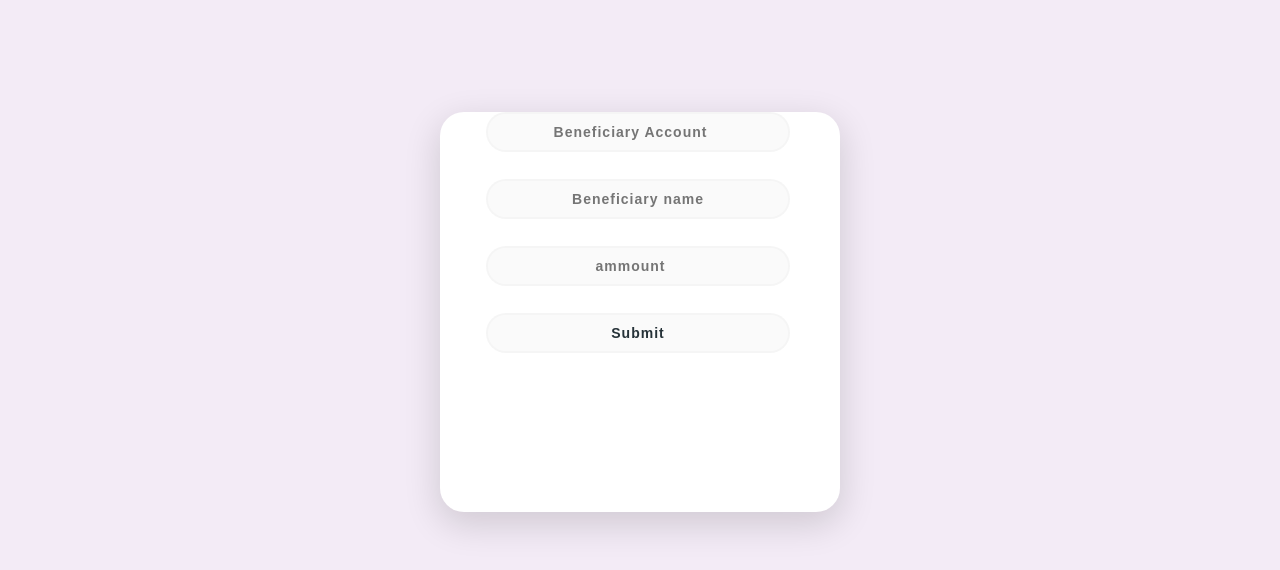
Repository: anujs099/bankingapp
Page: banking-application-final/WebContent/transfer.html
These files come from the project's save history. The page is drawn as it stood at one moment and after the next save; the edit follows.
The browser window is 1280 px wide. The pictures show the whole page.
Some web fonts or font styles are not loaded; a fallback is used.

Above is the page before, as saved 2021-03-07 17:00:15.

### banking-application-final/WebContent/transfer.html
<!DOCTYPE html>
<html>
<head>
<meta charset="ISO-8859-1">
<link rel="stylesheet" href="LoginFile.css">
<link href="https://fonts.googleapis.com/css?family=Ubuntu" rel="stylesheet">
  <meta name="viewport" content="width=device-width, initial-scale=1" />
  <link rel="stylesheet" href="path/to/font-awesome/css/font-awesome.min.css">
<title>Insert title here</title>
</head>
<body>
<div class="main">
<form action="TransferServlet" method="post" >
      <input type="number" id="accctid"  name="acccount"  placeholder="Beneficiary Account" class="un">

      <input type="text" placeholder="Beneficiary name" id="firstname" name="firstname" required="required"  class="un">

      <input type="number" placeholder="ammount"  id="ammount"  name="ammount" class="un" >
      <button type="submit" class="un">Submit</button>
</form>
</div>


</body>
</html>

### banking-application-final/WebContent/LoginFile.css
@charset "ISO-8859-1";
 body {
        background-color: #F3EBF6;
        font-family: 'Ubuntu', sans-serif;
    }

    .main {
        background-color: #FFFFFF;
        width: 400px;
        height: 400px;
        margin: 7em auto;
        border-radius: 1.5em;
        box-shadow: 0px 11px 35px 2px rgba(0, 0, 0, 0.14);
    }

    .sign {
        padding-top: 40px;
        color: #8C55AA;
        font-family: 'Ubuntu', sans-serif;
        font-weight: bold;
        font-size: 23px;
    }

    .un {
    width: 76%;
    color: rgb(38, 50, 56);
    font-weight: 700;
    font-size: 14px;
    letter-spacing: 1px;
    background: rgba(136, 126, 126, 0.04);
    padding: 10px 20px;
    border: none;
    border-radius: 20px;
    outline: none;
    box-sizing: border-box;
    border: 2px solid rgba(0, 0, 0, 0.02);
    margin-bottom: 50px;
    margin-left: 46px;
    text-align: center;
    margin-bottom: 27px;
    font-family: 'Ubuntu', sans-serif;
    }

    form.form1 {
        padding-top: 40px;
    }

    .pass {
            width: 76%;
    color: rgb(38, 50, 56);
    font-weight: 700;
    font-size: 14px;
    letter-spacing: 1px;
    background: rgba(136, 126, 126, 0.04);
    padding: 10px 20px;
    border: none;
    border-radius: 20px;
    outline: none;
    box-sizing: border-box;
    border: 2px solid rgba(0, 0, 0, 0.02);
    margin-bottom: 50px;
    margin-left: 46px;
    text-align: center;
    margin-bottom: 27px;
    font-family: 'Ubuntu', sans-serif;
    }


    .un:focus, .pass:focus {
        border: 2px solid rgba(0, 0, 0, 0.18) !important;

    }

    .submit {
      cursor: pointer;
        border-radius: 5em;
        color: #fff;
        background: linear-gradient(to right, #9C27B0, #E040FB);
        border: 0;
        padding-left: 40px;
        padding-right: 40px;
        padding-bottom: 10px;
        padding-top: 10px;
        font-family: 'Ubuntu', sans-serif;
        margin-left: 35%;
        font-size: 13px;
        box-shadow: 0 0 20px 1px rgba(0, 0, 0, 0.04);
    }

    .forgot {
        text-shadow: 0px 0px 3px rgba(117, 117, 117, 0.12);
        color: #E1BEE7;
        padding-top: 15px;
    }

    a {
        text-shadow: 0px 0px 3px rgba(117, 117, 117, 0.12);
        color: #E1BEE7;
        text-decoration: none
    }

    @media (max-width: 600px) {
        .main {
            border-radius: 0px;
        }

    }

After the next save:
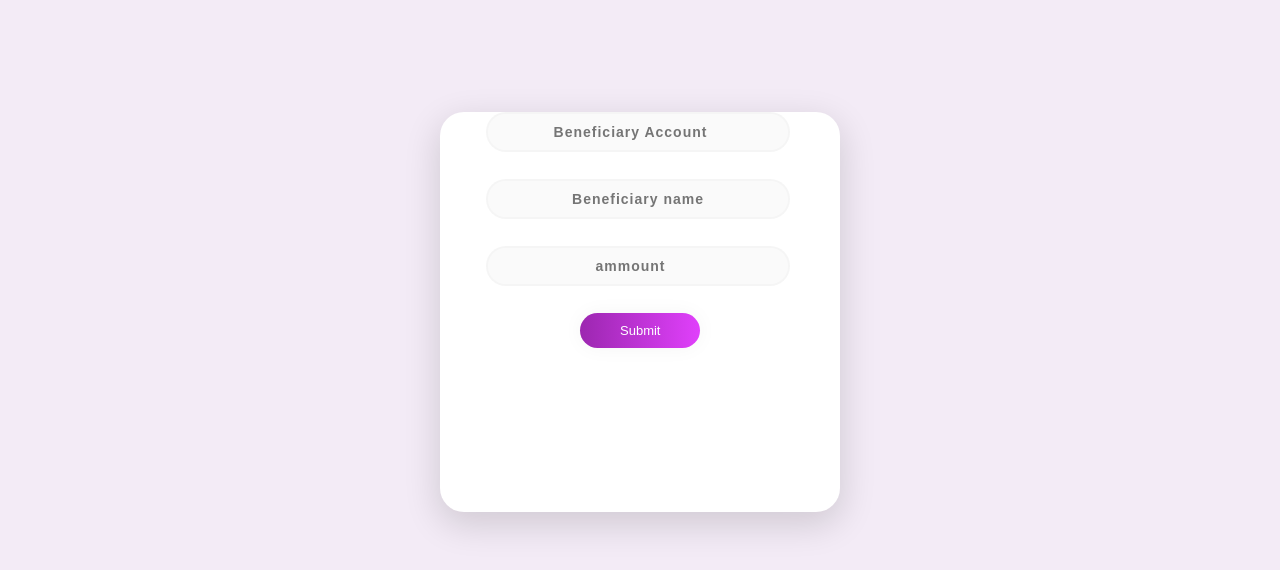
Saved 13 s later.
--- a/banking-application-final/WebContent/transfer.html
+++ b/banking-application-final/WebContent/transfer.html
@@ -16,7 +16,7 @@
       <input type="text" placeholder="Beneficiary name" id="firstname" name="firstname" required="required"  class="un">
 
       <input type="number" placeholder="ammount"  id="ammount"  name="ammount" class="un" >
-      <button type="submit" class="un">Submit</button>
+      <button type="submit" class="submit">Submit</button>
 </form>
 </div>
 
